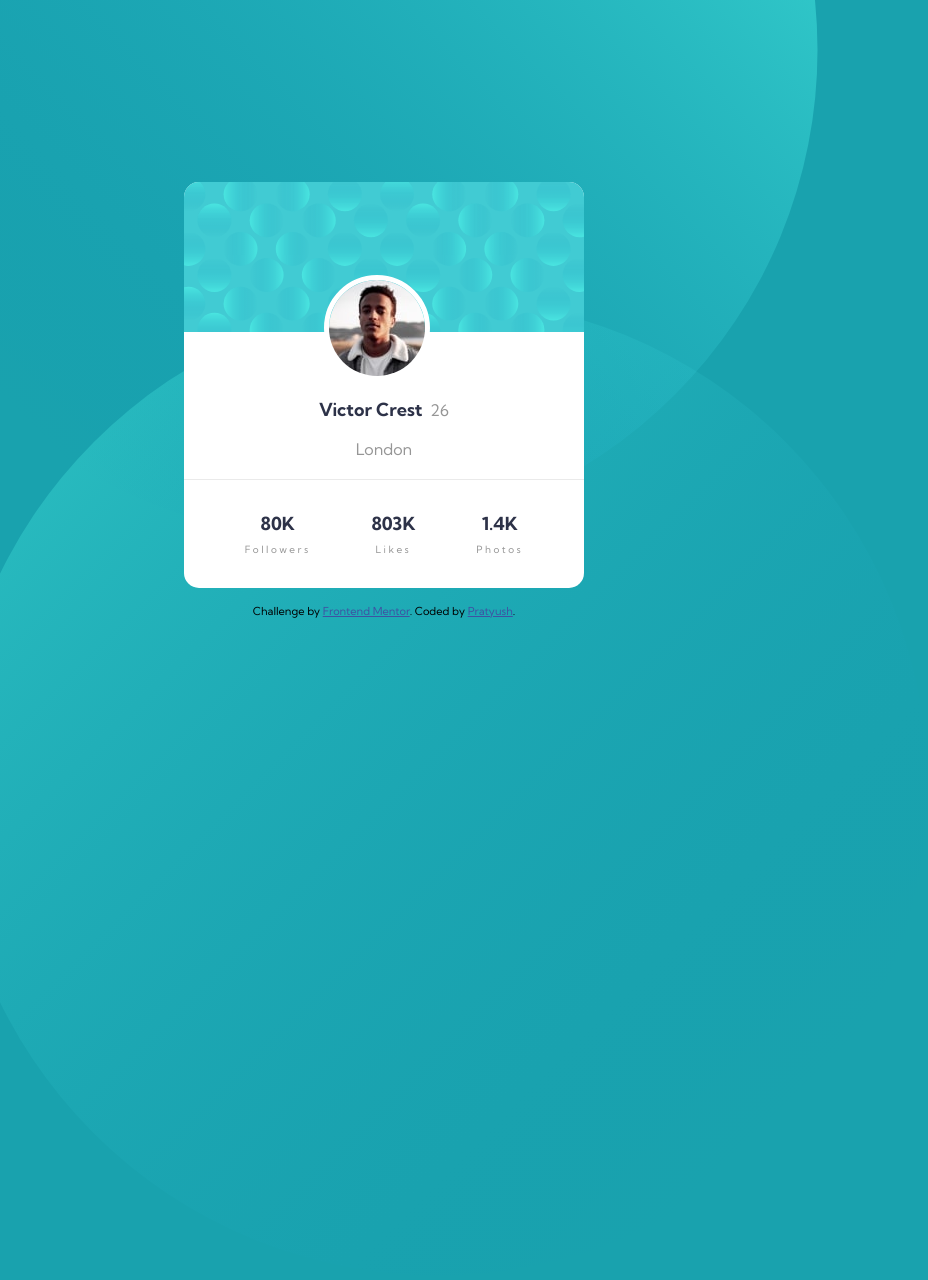
Repository: PratypartyY2K/frontendmentor-challenges
Page: profile-card-component-main/index.html
These files come from the project's save history. The page is drawn as it stood at one moment and after the next save; the edit follows.
The browser window is 768 px wide. The page is 928 px wide, so the pictures cover 928 px, including what lies to the right of the window. The pictures show the whole page.

Above is the page before, as saved 2021-07-15 14:43:37.

### profile-card-component-main/index.html
<!DOCTYPE html>
<html lang="en">
  <head>
    <meta charset="UTF-8" />
    <meta name="viewport" content="width=device-width, initial-scale=1.0" />
    <!-- displays site properly based on user's device -->

    <link
      rel="icon"
      type="image/png"
      sizes="32x32"
      href="./images/favicon-32x32.png"
    />

    <title>Frontend Mentor | Profile card component</title>

    <link rel="stylesheet" href="style.css" />
  </head>
  <body>

    <div class="bg-upper-img">
      <img src="images/bg-pattern-top.svg">
    </div>

    <div class="card-wrapper">
      <div class="upper-div">
        <!--background-->
      </div>
      <img src="images/image-victor.jpg">
      <div class="middle-div">

          <div class="row-1"><h3>Victor Crest</h3>26</div>
          <div class="row-2">London</div>

      </div>
      <div class="stats">
        <div class="stat_element">
          <h3>80K</h3>
          Followers
        </div>
        <div class="stat_element">
          <h3>803K</h3>
          Likes
        </div>
        <div class="stat_element">
          <h3>1.4K</h3>
          Photos
        </div>
      </div>
    </div>


    <div class="attribution">
      Challenge by
      <a href="https://www.frontendmentor.io?ref=challenge" target="_blank"
        >Frontend Mentor</a
      >. Coded by
      <a
        href="https://www.frontendmentor.io/profile/PratypartyY2K"
        target="_blank"
        >Pratyush</a
      >.

    </div>

    <div class="bg-bottom-img">
      <img src="images/bg-pattern-bottom.svg">
    </div>
  </body>
</html>

### profile-card-component-main/style.css
@import url("https://fonts.googleapis.com/css2?family=Kumbh+Sans:wght@400;700&display=swap");

:root {
  --primary-cyan: hsl(185, 75%, 39%);
  --primary-blue: hsl(229, 23%, 23%);
  --primary-grayish-blue: hsl(227, 10%, 46%);
  --neutral-dark-gray: hsl(0, 0%, 59%);
}

* {
    box-sizing: border-box;
}

body {
  font-family: "Kumbh Sans", sans-serif;
  position: relative;
  background-color: var(--primary-cyan);
  min-height: 100vh;
  display: flex;
  flex-direction: column;
  justify-content: center;
  align-items: center;
  margin: 0;
  overflow: hidden;
}

h3 {
    color: var(--primary-blue);
    font-weight: 700;
}

.card-wrapper {
    display: flex;
    flex-direction: column;
    background-color: white;
    width: 400px;
    margin-bottom: 1rem;
    position: relative;
    border-radius: 15px;
    overflow: hidden;
    text-align: center;
    color: var(--neutral-dark-gray);
}

.upper-div {
    background-image: url('images/bg-pattern-card.svg');
    background-repeat: no-repeat;
    background-size: cover;
    height: 150px;
}

.card-wrapper img {
    position: absolute;
    border-radius: 50%;
    border: 5px solid white;
    left: 35%;
    top: 23%;
}

.middle-div {
    display: flex;
    flex-direction: column;
    margin: 3rem 0 1.25rem 0;
}

.row-1 {
    display: flex;
    justify-content: center;
    align-items: center;
}

.row-1 h3 {
    padding: 0;
    margin-right: 0.5rem;
    font-size: 18px;
}

.stats {
    display: flex;
    justify-content: space-evenly;
    border-top: 0.5px solid hsla(0, 0%, 59%, 0.2);
}

.stat_element {
    display: flex;
    flex-direction: column;
    padding: 2rem 0;
    font-size: 10px;
    letter-spacing: 2.5px;
}

.stat_element h3 {
    margin: 0;
    margin-bottom: 0.5rem;
    font-size: 18px;
    letter-spacing: 0;
}

.bg-upper-img {
    position: absolute;
    top: -27.5rem;
    left: -10rem;
    right: 0;
    bottom: 0;
}

.bg-bottom-img {
    position: absolute;
    right: -10rem;
    bottom: -30rem;
    z-index:-1;
}

.attribution {
  font-size: 11px;
  text-align: center;
}
.attribution a {
  color: hsl(228, 45%, 44%);
}

@media only screen and (max-width: 960px) {
   body {
       margin: auto;
   }

}

After the next save:
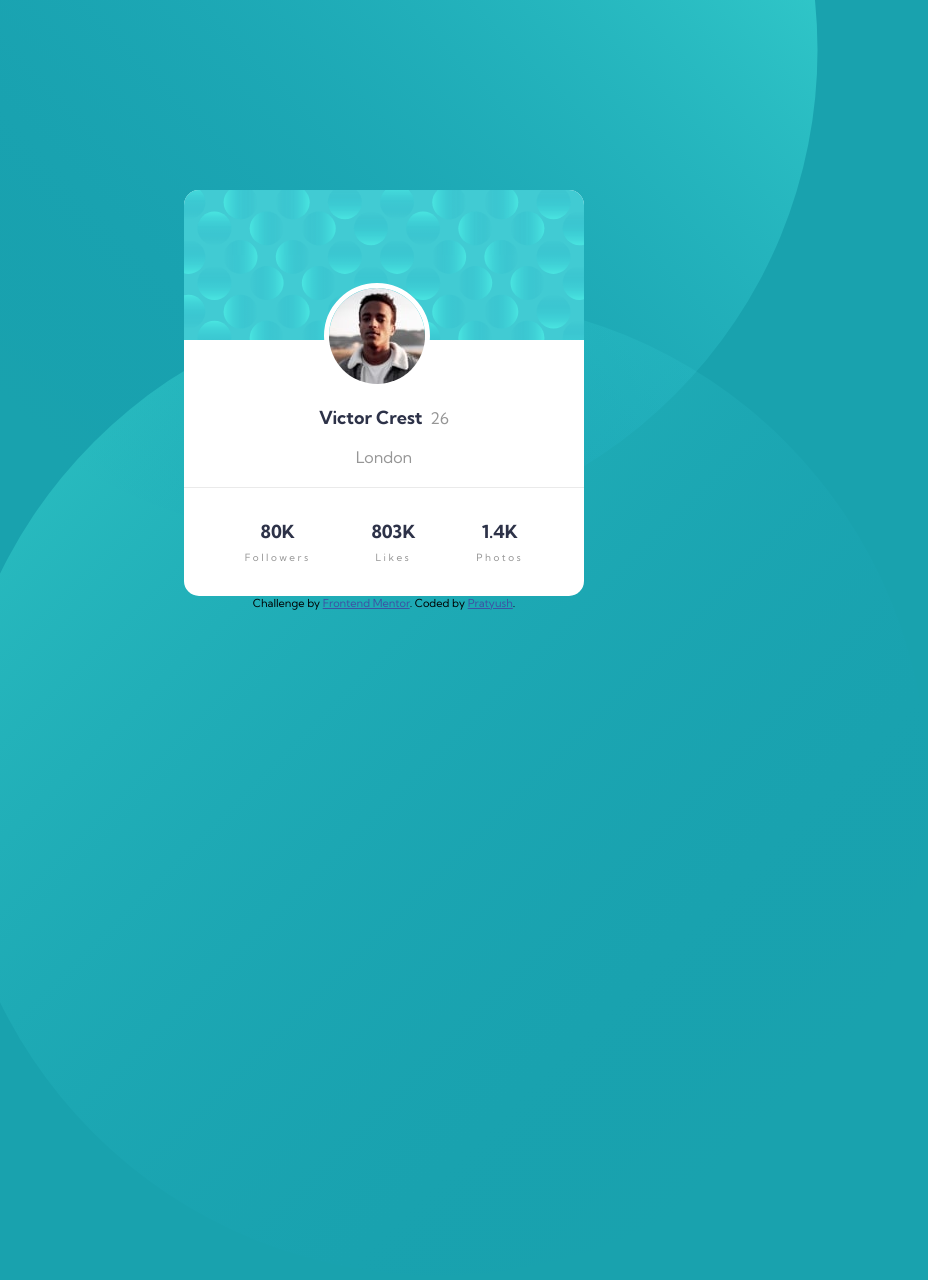
Saved 31 s later.
--- a/profile-card-component-main/style.css
+++ b/profile-card-component-main/style.css
@@ -120,8 +120,8 @@ h3 {
 }
 
 @media only screen and (max-width: 960px) {
-   body {
-       margin: auto;
+   .card-wrapper {
+       margin: 0 auto;
    }
 
 }

After the save that followed:
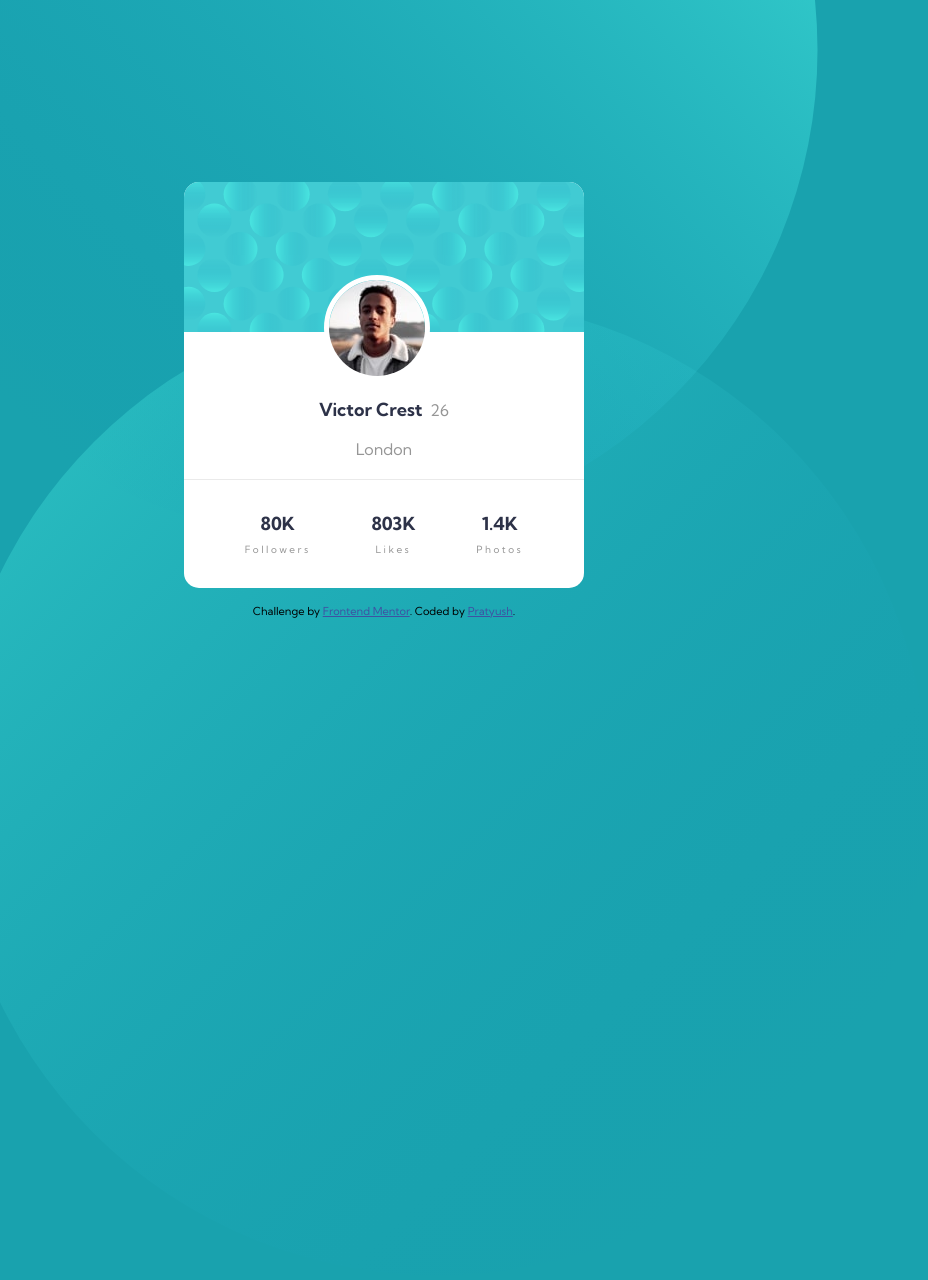
Saved 83 s later.
--- a/profile-card-component-main/style.css
+++ b/profile-card-component-main/style.css
@@ -33,7 +33,7 @@ h3 {
     display: flex;
     flex-direction: column;
     background-color: white;
-    width: 400px;
+    width: 25rem;
     margin-bottom: 1rem;
     position: relative;
     border-radius: 15px;
@@ -120,8 +120,6 @@ h3 {
 }
 
 @media only screen and (max-width: 960px) {
-   .card-wrapper {
-       margin: 0 auto;
-   }
+
 
 }
